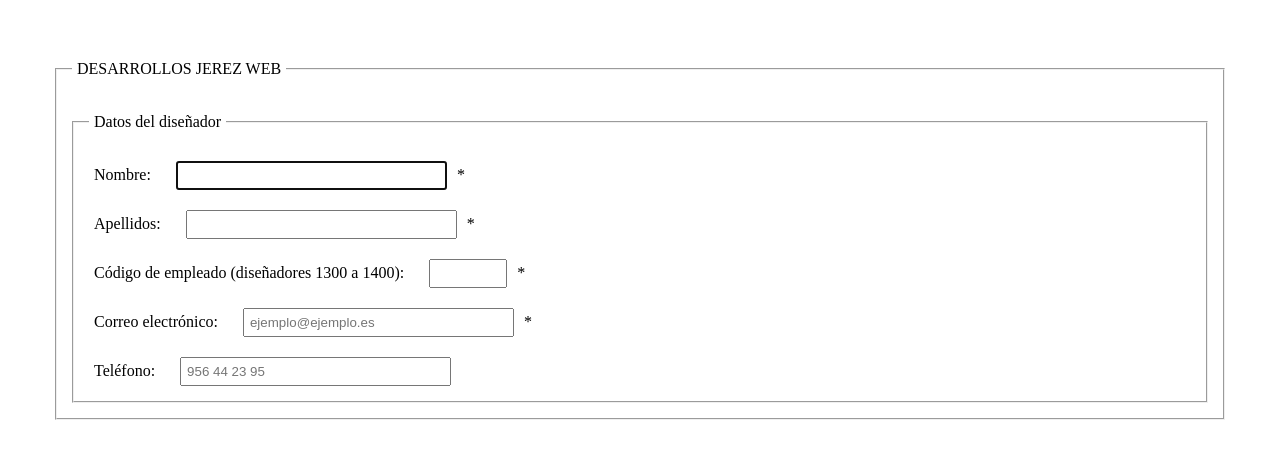
Repository: iSaan86/EV_Practica_FormularioCSS
Page: index.html
The author's editor kept a copy of each file at every save. The page is drawn from the files as they stood at one save, then again after the next save.
The browser window is 1280 px wide. The pictures show the whole page.

Above is the page before, as saved 2024-01-11 16:44:49.

After the next save:
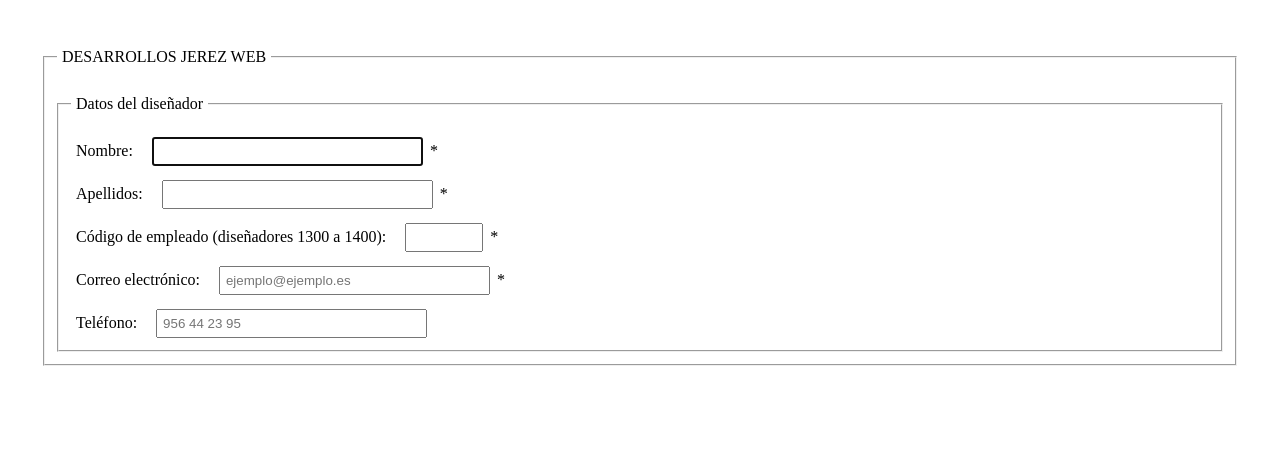
Saved 10 s later.
--- a/css/estilo.css
+++ b/css/estilo.css
@@ -3,5 +3,5 @@
 /* Para todo el html */
 *{
     padding: 5px;
-    margin:10px;
+    margin:7px;
 }
